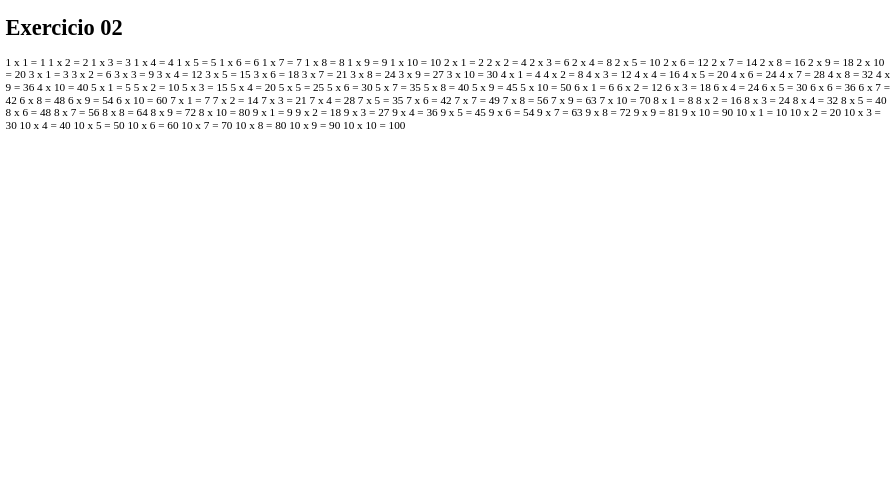
Repository: Fabio2000/Faculdade-Projetos
Page: http://localhost/exercicios/Exe02.jsp
These files come from the project's save history. The page is drawn as it stood at one moment and after the next save; the edit follows.
The browser window is 1280 px wide. The pictures show the whole page, at 70% of full size.
The page is served by Tomcat 9.

Above is the page before, as saved 2022-09-11 03:20:27.

After the next save:
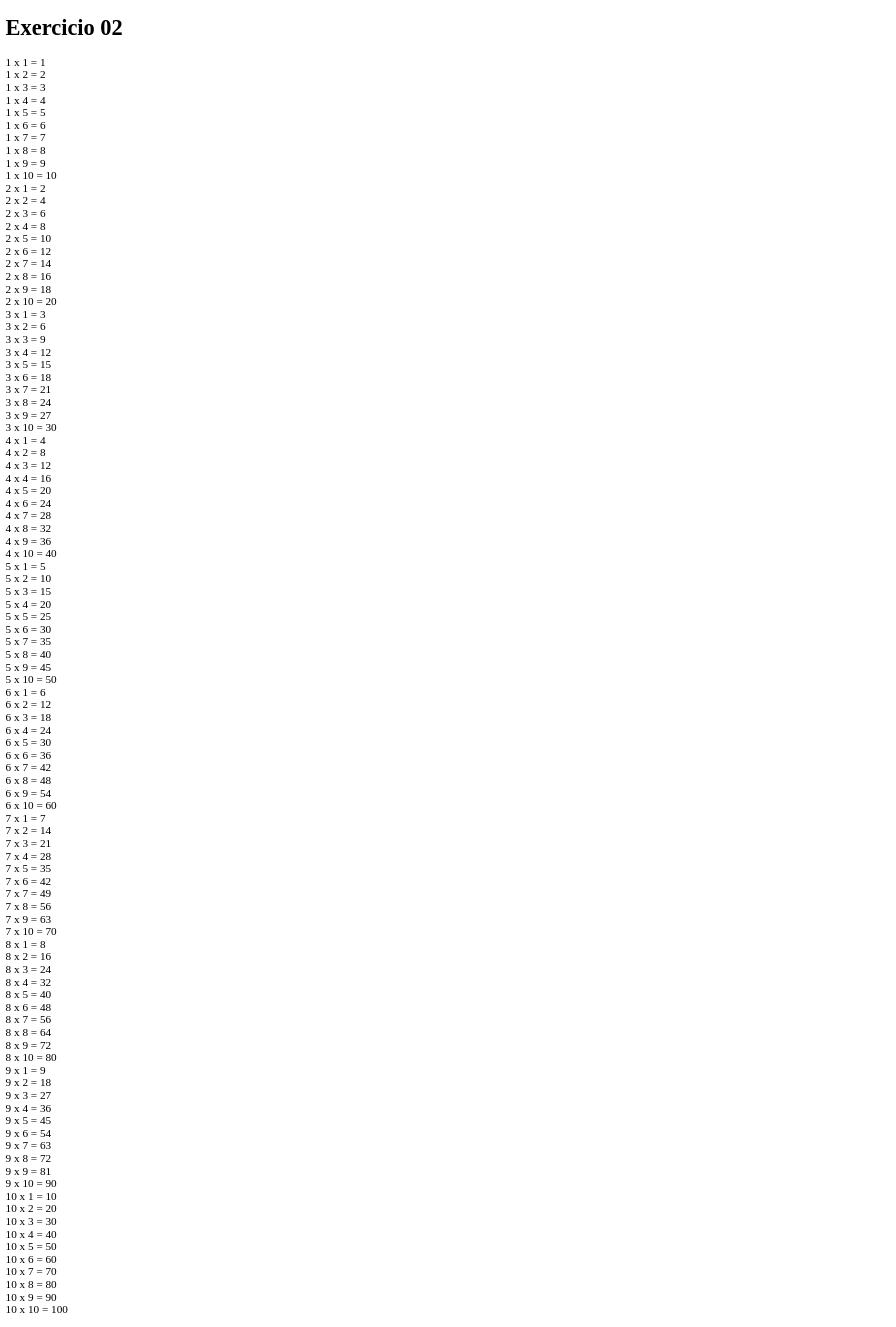
Saved 21 s later.
--- a/exercicios/src/main/webapp/Exe02.jsp
+++ b/exercicios/src/main/webapp/Exe02.jsp
@@ -13,7 +13,7 @@
 		for(int i = 1; i <= 10; i++){
 			for(int x = 1; x <=10; x++){
 				int resultado = i * x;
-				out.println(i + " x "  + x  + " = " + resultado);
+				out.println(i + " x "  + x  + " = " + resultado + "<br />" );
 			}
 
 		}
